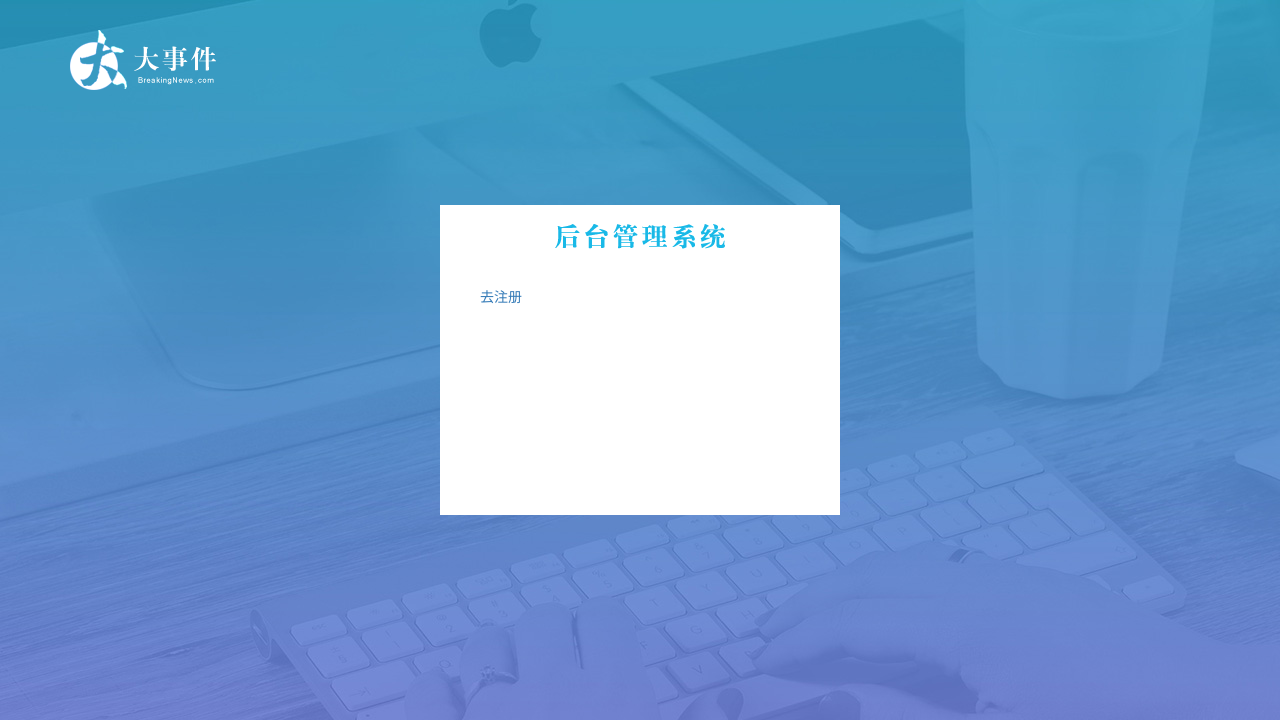
Repository: pursuit-YHP/project_dashijian
Page: login.html
These files come from the project's save history. The page is drawn as it stood at one moment and after the next save; the edit follows.
The browser window is 1280 px wide. The pictures show the whole page.
The style sheet was rebuilt from its Sass, Less or Tailwind sources for each picture, by a compiler version that may differ from the author's.

Above is the page before, as saved 2022-03-13 15:58:38.

After the next save:
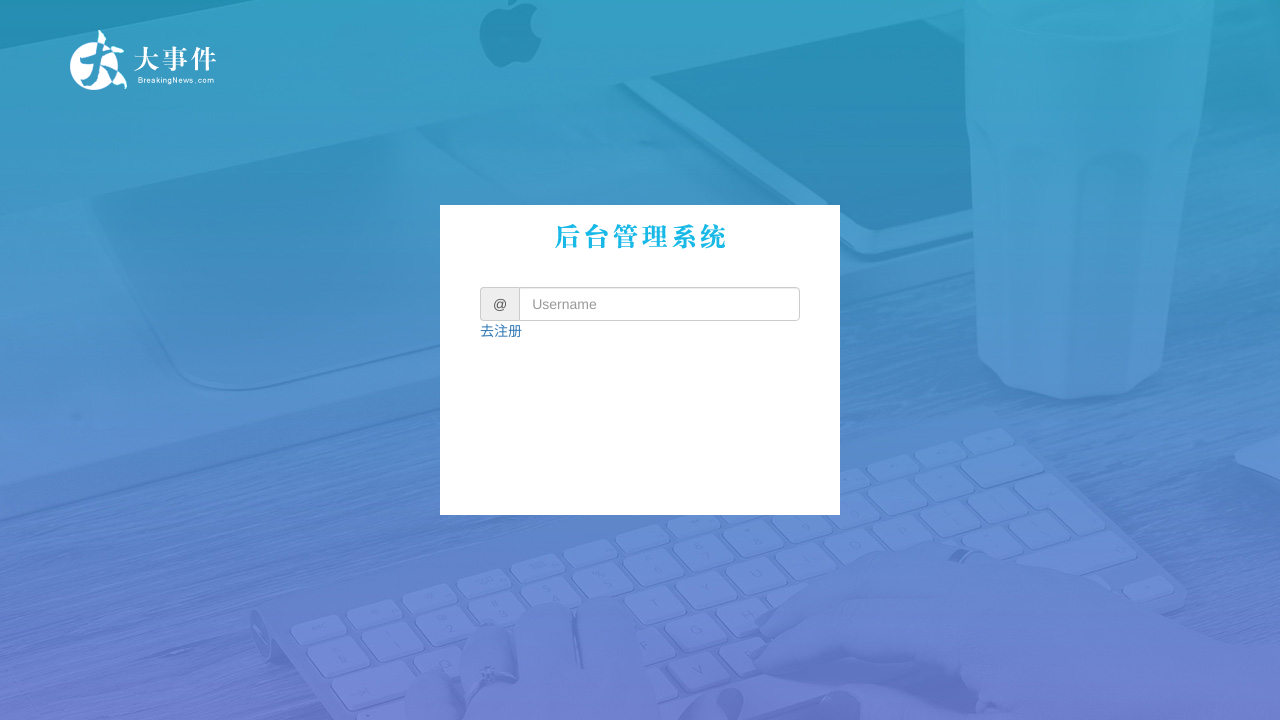
Saved 110 s later.
--- a/login.html
+++ b/login.html
@@ -26,6 +26,12 @@
         <div class="loginANDreg_w">
             <!-- 登录 -->
             <div class="login">
+                <form action="">
+                    <div class="input-group">
+                        <span class="input-group-addon" id="basic-addon1">@</span>
+                        <input type="text" class="form-control" placeholder="Username" aria-describedby="basic-addon1">
+                    </div>
+                </form>
                 <a href="javascript:;" id="login_a">去注册</a>
             </div>
 
